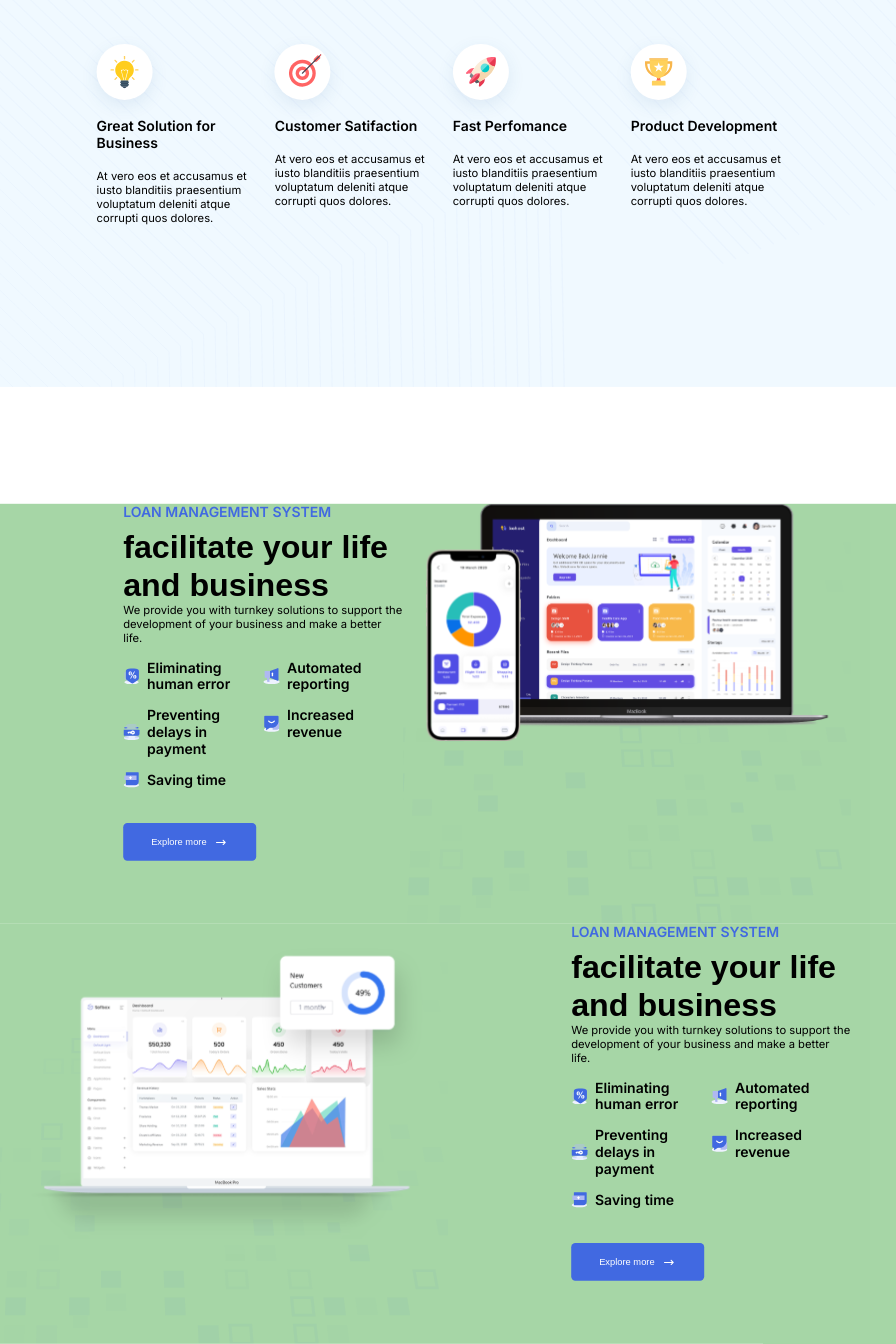
Repository: Chamsmey/static-html-css
Page: index.html
These files come from the project's save history. The page is drawn as it stood at one moment and after a run of saves; the edit follows.
The browser window is 1280 px wide. The pictures show the part of the page from y = 1114 to 3034 px (the page is 3034 px tall), at 70% of full size.
Some web fonts or font styles are not loaded; a fallback is used.

Above is the page before, as saved 2022-11-15 16:47:57.

After the next 2 saves:
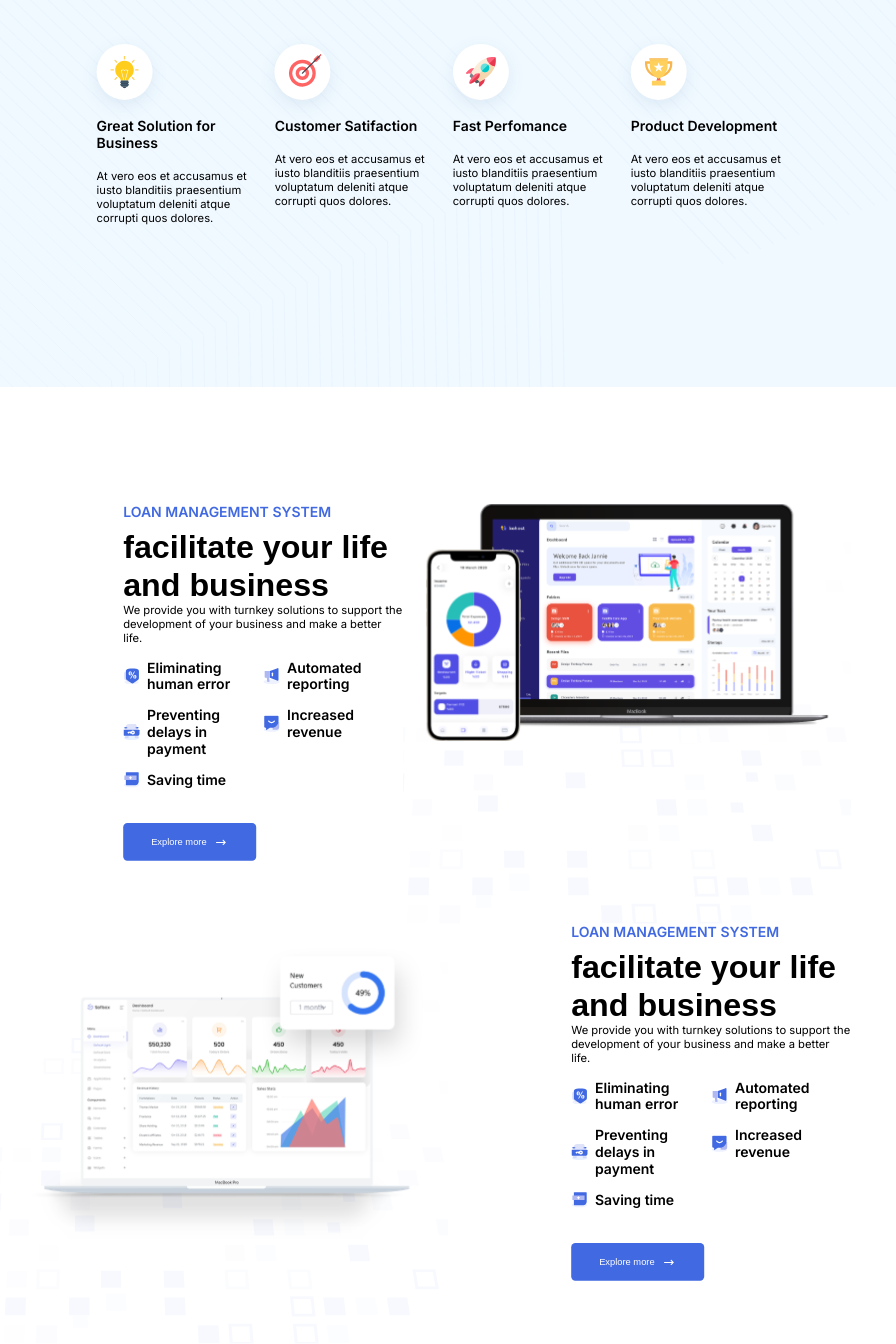
The 2 saves are shown as one change because they came seconds apart.
The last was saved 24 s later.
--- a/css/style.css
+++ b/css/style.css
@@ -409,13 +409,15 @@ height: 300px;
 
 
 /* ========productsection ===== */
-
+.bg_green{
+
+  background: rgb(166, 214, 166);
+}
 .products_section{
   width: 100%;
   padding: 0 ;
   margin: auto;
   height: 600px;
-  background: rgb(166, 214, 166);
 
   display: flex;
   /* justify-content: space-between; */
